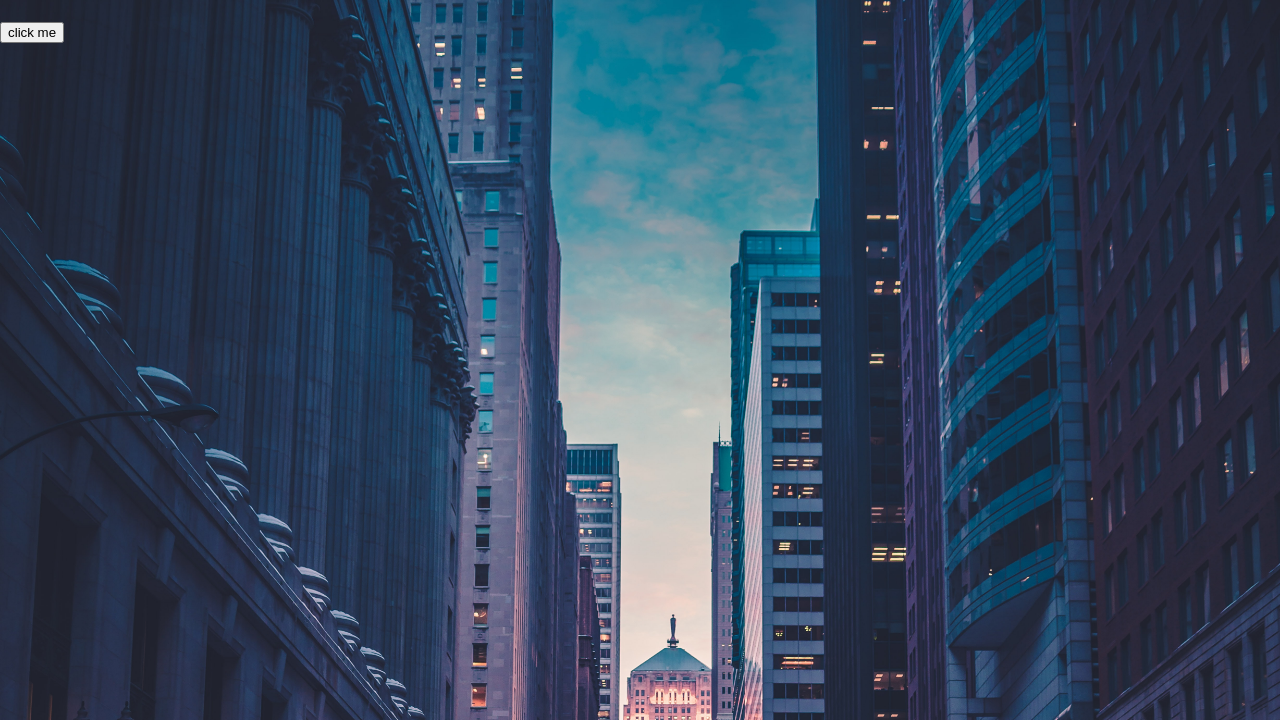
Repository: lamilekan263/random_advice
Page: /
These files come from the project's save history. The page is drawn as it stood at one moment and after the next save; the edit follows.
The browser window is 1280 px wide. The pictures show the whole page.
The page's requests for data from a server got no answer. The project was rebuilt for these pictures with package versions that can differ from the ones it lists, and the page was loaded fresh each time. No one was signed in, and anything a server would have sent is missing.

Above is the page before, as saved 2020-08-10 14:11:26.

After the next save:
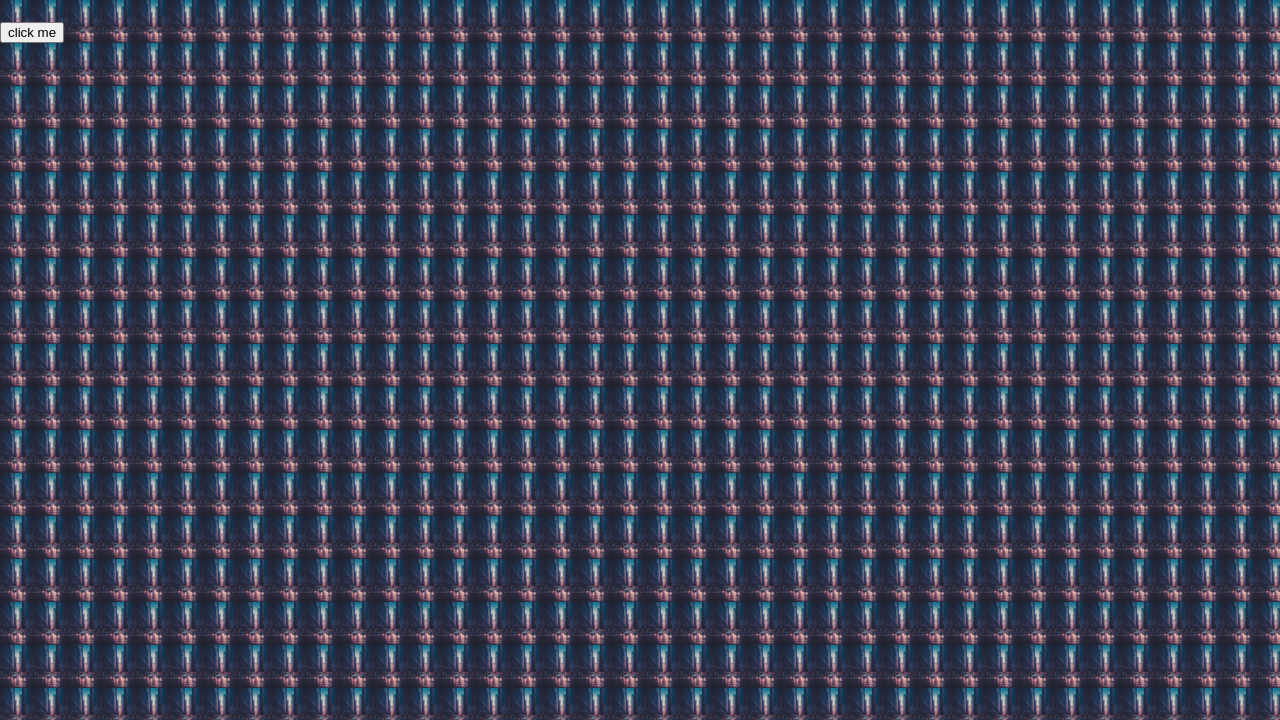
Saved 4 s later.
--- a/src/App.css
+++ b/src/App.css
@@ -2,6 +2,6 @@ body{
   margin:0;
   padding: 0;
   background-image: url('./bg.jpg');
-  background-size: cover;
+  background-size: contain;
 
 }
